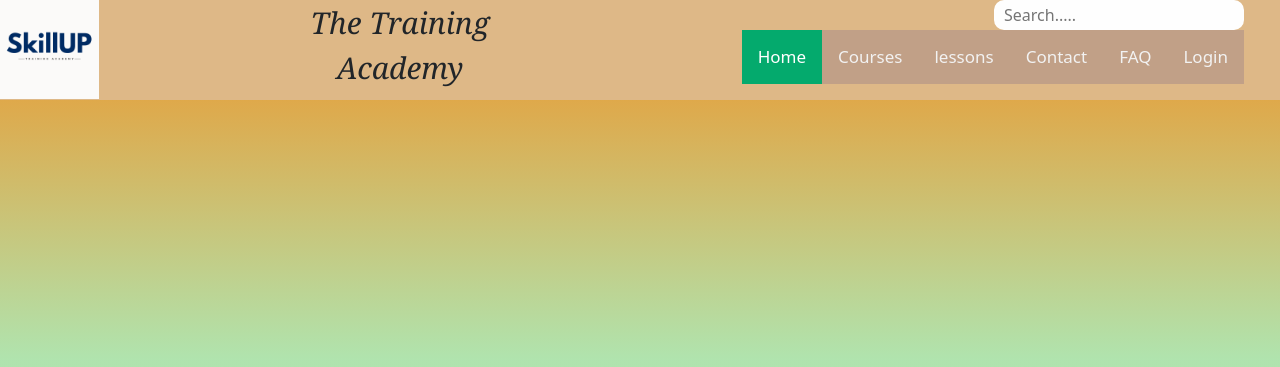
Repository: 2tzz/SkillUp-Academy
Page: Homepage.html
The author's editor kept a copy of each file at every save. The page is drawn from the files as they stood at one save, then again after the next save.
The browser window is 1280 px wide. The pictures show the whole page.
Some icons come from a web library that is not loaded, so they are not drawn.

Above is the page before, as saved 2022-10-14 03:05:03.

### Homepage.html
<!DOCTYPE html>
<html lang="en">
    <head>
        <meta charset="UTF-8">
        <meta http-equiv="X-UA-Compatible" content="IE-edge">
        <meta name="viewport" content="width=device-width, initial-scale=1.0">
        <link href="https://cdn.jsdelivr.net/npm/bootstrap@5.2.2/dist/css/bootstrap.min.css"
                    rel="stylesheet" integrity="sha384-Zenh87qX5JnK2Jl0vWa8Ck2rdkQ2Bzep5IDxbcnCeuOxjzrPF/et3URy9Bv1WTRi" crossorigin="anonymous">
        <script src="https://kit.fontawesome.com/yourcode.js" crossorigin="anonymous"></script>
        <script src="https://cdn.jsdelivr.net/npm/bootstrap@5.2.2/dist/js/bootstrap.bundle.min.js"
                    integrity="sha384-OERcA2EqjJCMA+/3y+gxIOqMEjwtxJY7qPCqsdltbNJuaOe923+mo//f6V8Qbsw3" crossorigin="anonymous"></script>
        <link rel="stylesheet" href="CSS/style.css">
        <link rel="stylesheet" href="CSS/headerCSS.css">
        <script src="JS/header.js">
            </script>
        <title>Homepage</title>
        <style>
            body{
                width: 100%;
                height: 100vh;
                background-image: linear-gradient(0deg,rgba(57, 187, 53, 0.4)50%,rgb(241, 146, 36)100%);
}
        </style>
    </head>
    <body>
        <!--Header-->
        <header>
            <div class="header" >
                  <div>
                    <div class="col-sm-12" id="imgContainer">
                        <img src="Img/SkillUP light.png" width="100px" height="100px" alt="Academy logo"/>
                    </div>
                    <div id="text_heading" >
                            The Training Academy
                    </div>
                   <div class="row">
                    <div class="row gy-0.5">
                    <div class="col-sm-12" >
                        <form class="search">
                                <input type="text" placeholder="Search....." class="input">
                            <button type="submit" class="button">
                                <i class="ri-search-2-line"></i>
                            </button>
                        </form>
                    </div>
                    <div class="col-sm-12">

                    <div  class="topnav" id="myTopnav">
                        <a href="#" class="active">Home</a>
                        <a href="CourseHome.html">Courses</a>
                        <a href="Lessons.html">lessons</a>
                        <a href="Contact.html">Contact</a>
                        <a href="FAQ.html">FAQ</a>
                        <a href="login.html">Login</a>
                        <a href="javascript:void(0);" class="icon" onclick="myFunction()">
                        <i class="fa fa-bars"></i>
                        </a>
                    </div>
                    </div>
                    </div>
                   </div>

             </div>
        </header>
<!--
        <div class="bgImg">
            <img src="/Img/wallpaperflare.com_wallpaper (30).jpg">
        </div>
 -->
    </body>
</html>

### CSS/style.css

.body{
  width: 100%;
  height: 100vh;
  background-image: linear-gradient(0deg,rgba(57, 187, 53, 0.4)50%,rgb(241, 146, 36)50%);
}

  .bgImg{
        width:fit-content;
        height:fit-content;
        background-image: url('img_flowers.jpg');
        background-repeat: no-repeat;
        background-size: 100% 100%;
        border: 1px solid red;
  }

### CSS/headerCSS.css

.wrapper {
    width: 500px;
    display: grid;
    flex-wrap: wrap;
  }
  .wrapper > div {
    flex: 1 1 150px;
  }

.header{
    overflow: hidden;
    height: 100px;
    background-color: burlywood;
    background-repeat:repeat;
    background-size:contain ;
    display: inline-flexbox;

}
/* image container*/
#imgContainer {
    left: 0px;
    width: 99px;
    height:99px;
    border-color: #333;
    border-width: 3px;
    float: left;
}

#imgContainer img {
    max-width: 100%;
    max-height: 100%;
    display: block;
}
#text_heading{
    position: absolute;
    width: 200px;
    height: 100px;
    left: 300px;
    text-align: center;
    font-size: 30px;
    text-shadow: black;
    font-style: italic;
    font-family: Georgia, 'Times New Roman', Times, serif;
}

/* Search box */
.searchBar{
    float: right;
    row-gap: 20px;
}
.search{
    float: right;
    position: relative;
    height: 30px;
    width: 250px;
    background-color: rgb(254, 254, 254);
    backdrop-filter: blur(2rem);
    display: flex;
    border: #000000;
    border-radius: 10px;
}
.search::before{
    content: "";
    position: absolute;
    left: 0;
    bottom: 0;
    width: 100%;
    height: 2px;
    background: #0170f0;
    transform: scaleX(0);
    transform-origin: center;
    transform-origin: left;
    transition: transform .25s ;
}
.search:focus-within::before{
    transform: scale(1);
}
.search input,
.search button{
    border: none;
    outline: none;
    background-color: transparent;
    color: #8e8e8e;
}
.input{
    width: 100%;
    padding: 10px;
}
.button{
    display: grid;
    place-items: center;
    width: 50px;
    font-size: 20px;
    cursor: pointer;
    transition: color .25s;
}
.button:hover{
    color:#0170f0
}
/*Nav Bar CSS*/
.topnav {

    float: right;
    overflow: hidden;
    position: relative;
    background-color: #333;
    background: #0082;
  }

  .topnav a {

    float: left;
    color: #f2f2f2;
    text-align: center;
    padding: 14px 16px;
    text-decoration: none;
    font-size: 17px;
  }

  .topnav a:hover {
    background-color: #ddd;
    color: black;
  }

  .topnav a.active {
    background-color: #04AA6D;
    color: white;
  }

  .topnav .icon {
    display: none;
  }

  @media screen and (max-width: 600px) {
    .topnav a:not(:first-child) {display: none;}
    .topnav a.icon {
      float: right;
      display: block;
    }
  }

  @media screen and (max-width: 600px) {
    .topnav.responsive {position: relative;}
    .topnav.responsive .icon {
      position: absolute;
      right: 0;
      top: 0;
    }
    .topnav.responsive a {
      float: none;
      display: block;
      text-align: left;
    }
  }

nav{
    float: right;
    overflow: hidden;
    position: relative;
    background-color: rgb(143, 141, 141);
    background: hsl(0 0% 100% 0.5);

}

nav ul{
    float: right;
    margin-right: 20px;
}
nav ul li{
    display: inline-block;
    line-height: 80px;
    margin: 0 5px;
}
nav ul li a {
    color: white;
    font-size: 17px;
    padding: 7px 13px;
    border-radius: 3px;
    text-decoration: none;
}
a.active,a:hover{
    background: #1b9bff;
    transition: .05s;
}

.checkbtn{
    font-size: 30px;
    color: white;
    float: right;
    line-height: 80px;
    margin-right: 40px;
    cursor: pointer;
    display: none;
}
#check{
    display: none;
}
@media(max-width:952px){
    nav ul li a{
        font-size: 16px;
    }
}
@media(max-width:858px){
    .checkbtn{
        display: block;
    }
    ul{
        position: fixed;
        width: 100%;
        height: 100vh;
        background: #2c3e50;
        left: -100%;
        text-align: center;
        transition: all .5s;
        border: #000000;
    }
    nav ul li{
        display: block;
        margin: 50px 0;
        line-height: 30px;
        border: #000000;
    }
    nav ul li a {
        font-size: 20px;
    }
    a:hover,a.active{
        background: none;
        color: #0082e6;
    }
    #check:checked ~ ul{
        left: 0;
    }

}

Loaded but not shown: JS/header.js (common file)

After the next save:
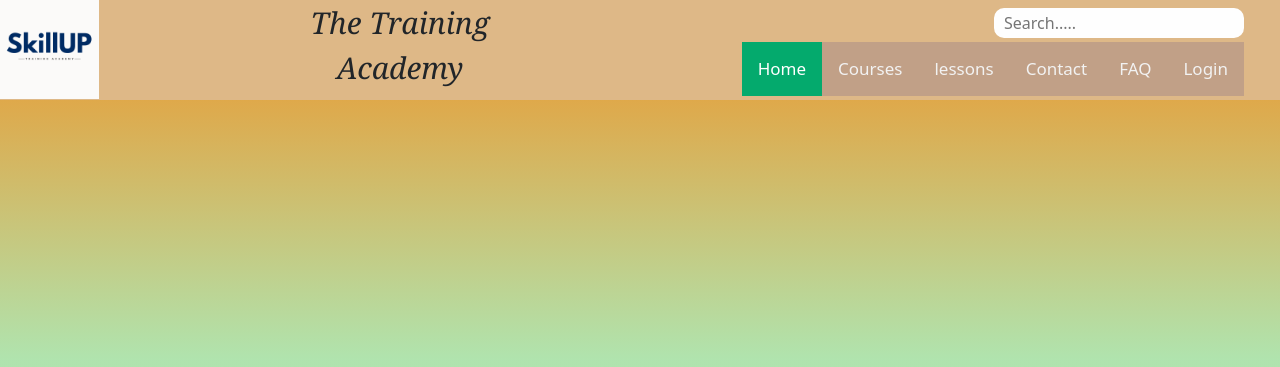
Saved 5 s later.
--- a/Homepage.html
+++ b/Homepage.html
@@ -34,7 +34,7 @@
                             The Training Academy
                     </div>
                    <div class="row">
-                    <div class="row gy-0.5">
+                    <div class="row gy-1">
                     <div class="col-sm-12" >
                         <form class="search">
                                 <input type="text" placeholder="Search....." class="input">
